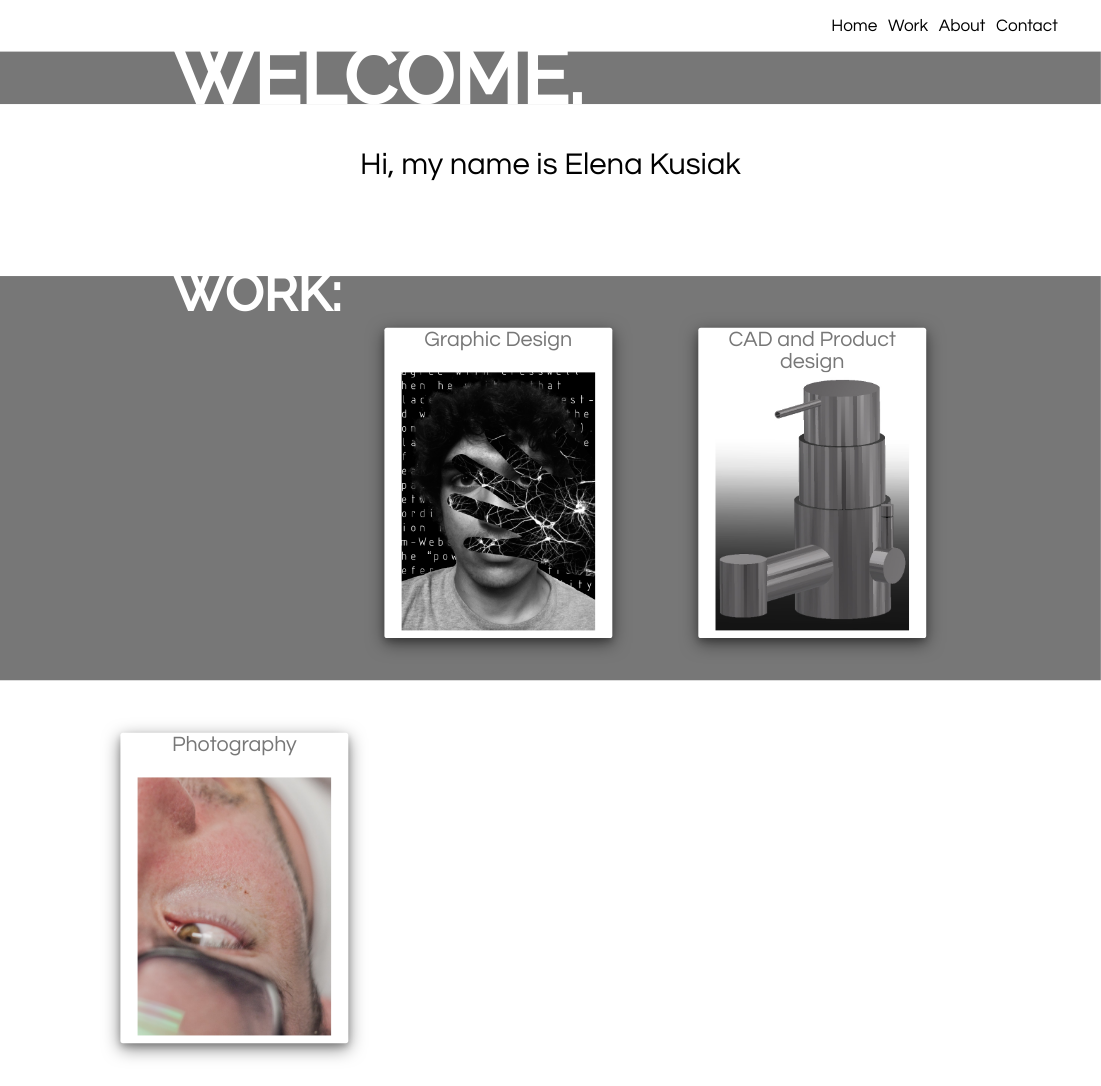
Repository: Lennea/Lennea.github.io
Page: home.html
The author's editor kept a record of every edit. The page is drawn from the files as they stood at one moment, then again after the next edit.
The browser window is 1280 px wide. The pictures show the whole page, at 86% of full size.
Some web fonts or font styles are not loaded; a fallback is used.

Above is the page before.

### home.html
<!DOCTYPE html>

<!--
    home page
-->
<html lang="en">
    <head>

        <title>Elena Kusiak</title>
         <link href='https://fonts.googleapis.com/css?family=Work+Sans:200,300|Questrial|Montserrat:400,700|Raleway:400,300,500|Fredericka+the+Great' rel='stylesheet' type='text/css'>
        <link rel="stylesheet" href="home.css" type="text/css"/>
    </head>

    <body>
              <header>
               <!--
        <h1 id="logo">ELENA KUSIAK</h1>

        <h2>Aspiring multidiscipinary designer</h2>
        -->

        <div class="links">
        <p>
         <a href="home.html"><span>Home</span></a><span> | </span>
         <a href="work.html"><span>Work</span></a><span>   |   </span>
         <a href="about.html"><span>About</span></a><span>   |   </span>
         <a href="contact.html"><span>Contact</span></a>
        </p>
        </div>
</header>
      <h3>WELCOME.</h3>
        <div id="main">



        <!--
          <div class="image"><a href=""><img src="work/booklet cover.jpg" width="" height="650" alt=""></a></div>
     <div class="image"><a href=""><img src="work/faucet altt.1.jpg" width="" height="650" alt=""></a></div>
     <div class="image"><a href=""><img src="work/conor.1.jpg" width="" height="650" alt=""></a></div>
        <h3>Graphic Design</h3>
        <h4>CAD and Product design</h4>
        <h5>Photography</h5>
        -->
        </div>
        <div id="intro">
        <p>Hi, my name is Elena Kusiak</P>
        <!--
        <p>I am an aspiring multidiscipinary designer and current student at the Georgia Institute of Technology</p>
        -->
         </div>
         <div id="work">
             <h4>WORK:</h4>

          <div class="subpic">
        <div class="image"><h5>Graphic Design</h5><a href=""><img src="work/booklet cover.jpg" width="" height="650" alt=""></a></div>
     <div class="image"><h5>CAD and Product design</h5><a href=""><img src="work/faucet altt.1.jpg" width="" height="650" alt=""></a></div>
     <div class="image"><h5>Photography</h5><a href=""><img src="work/conor.1.jpg" width="" height="650" alt=""></a></div>
      </div>

        </div>
       <div class="sub2">



        </div>



    </body>
</html>

### home.css
body {
    /*background:url("img/backgroundv3.gif) no-repeat left top fixed;
*/
    font-family: 'Questrial';
    margin: 0;
    height: 100%;
    font-weight: 300;
    background-repeat: no-repeat;
    background-attachment: fixed;
    background: white;
}

a:link {
    color: black;
    text-decoration: none;
}
/* visited link */

a:visited {
    color: black;
    text-decoration: none;
}
/* mouse over link */

a:hover {
    color: #a6a6a6;
}
/* selected link */
a:active {
    color: black;
    text-decoration: underline;
}

/* sublinks */
a:link.sub {
    color: white;
    text-decoration: none;
}
/* visited link */

a:visited.sub {
    color: white;
    text-decoration: none;
}
/* mouse over link */

a:hover.sub {
    color: #333333;
}
/* selected link */
a:active.sub {
    color: black;
    text-decoration: underline;
}





h1 {
    font-family: 'Work Sans';
    color: #333333;
    /*
    background:rgba(0,0,0,0.5)  ;
    */
    background-size: 100%;
    height: 60px;
    margin-top: 1px;
    margin-bottom: 0px;
    margin-left:15px;
    font-weight: 200;
    font-size: 50px;

}


/*
h2{
    position:relative;
      background:white;
     font-family: 'Questrial' ;
     font-weight:200;
     font-size:25px;
     text-align:center;
     color:gray;
  height:40px;
      margin-top:0px;
      z-index:90;

}
*/
h3{
    font-family:  'Raleway', sans-serif;
    font-size:90px;
    color:white;
    margin-top:-24px;
    margin-bottom:0px;
   height:100px;
  padding:0px;
  float:left;

  padding-left:200px;

}
h4{
    font-family: 'Raleway', sans-serif;
    color: white;
    font-size:60px;
    margin-top:-15px;
    margin-bottom:0px;
    margin-left:200px;
    float:left;

}
#work{
    width:100%;
    height:470px;
    background:#777777;
    margin-top:200px;
}
h5{
    width:225px;
    height:30px;
    text-align:center;

    z-index:90;
    display:inline-block;
    font-size:25px;
    margin-top:0px;
    color:#777777;
     font-weight: 300;
}

.links {
    font-family: 'Questrial';
    font-weight: 300;
    color: white;

    font-size: 20px;
    padding-top: 0px;
    width: auto;
    z-index: 10;
    text-align:right;
     padding-right:50px;

}

#logo {
    float: left;
}



header {
    overflow: auto;
    z-index: 200;

}

#main {
    height: 61px;
    width: 100%;
   background: #777777;

   /*
    background-image:url("work/testportfoliocover.jpg");
background: -webkit-linear-gradient( #777777,rgba(255,0,0,0));
  background: -o-linear-gradient(rgba(255,0,0,0),rgba(255,0,0,1));
  background: -moz-linear-gradient(rgba(255,0,0,0),rgba(255,0,0,1));
  background: linear-gradient( #777777, rgba(0,0,0,.01));

  background: #777777;
  */
    margin-top:0px;
    color:white;
    font-size:30px;
    margin-right:0px;
}

.image{
/*
    width:225px;
    overflow:hidden;
    margin-left:80px;
    float:left;
     background:gray;
 height:330px;
border-top-left-radius:15px;
border-top-right-radius:15px;
*/
  float: left;
    z-index: 100;
    /*
    height: 250px;
    */
    margin: 50px;
    margin-top: 60px;
    border-radius: 3px;
    background-color:white;
width:265px;
height:361px;
  box-shadow: 0 4px 8px 0 rgba(0, 0, 0, 0.2), 0 6px 20px 0 rgba(0, 0, 0, 0.5);
  text-align: center;

}

img{
    height:300px;
    width:225px;
   margin-top:-20px;
    margin-left:0px;
    margin-bottom:10px;

}

.subpic{

   height:300px;
    margin-left:auto;
 margin-right:auto;
    width:1100px;
    margin-top:80px;



}

#intro{
    width:100%;
    text-align:center;
    margin-left:auto;
    margin-right:auto;
    padding-top:0px;
    font-size:36px;
    color:black;
    float:left;
    background:white;
}

After the next edit:
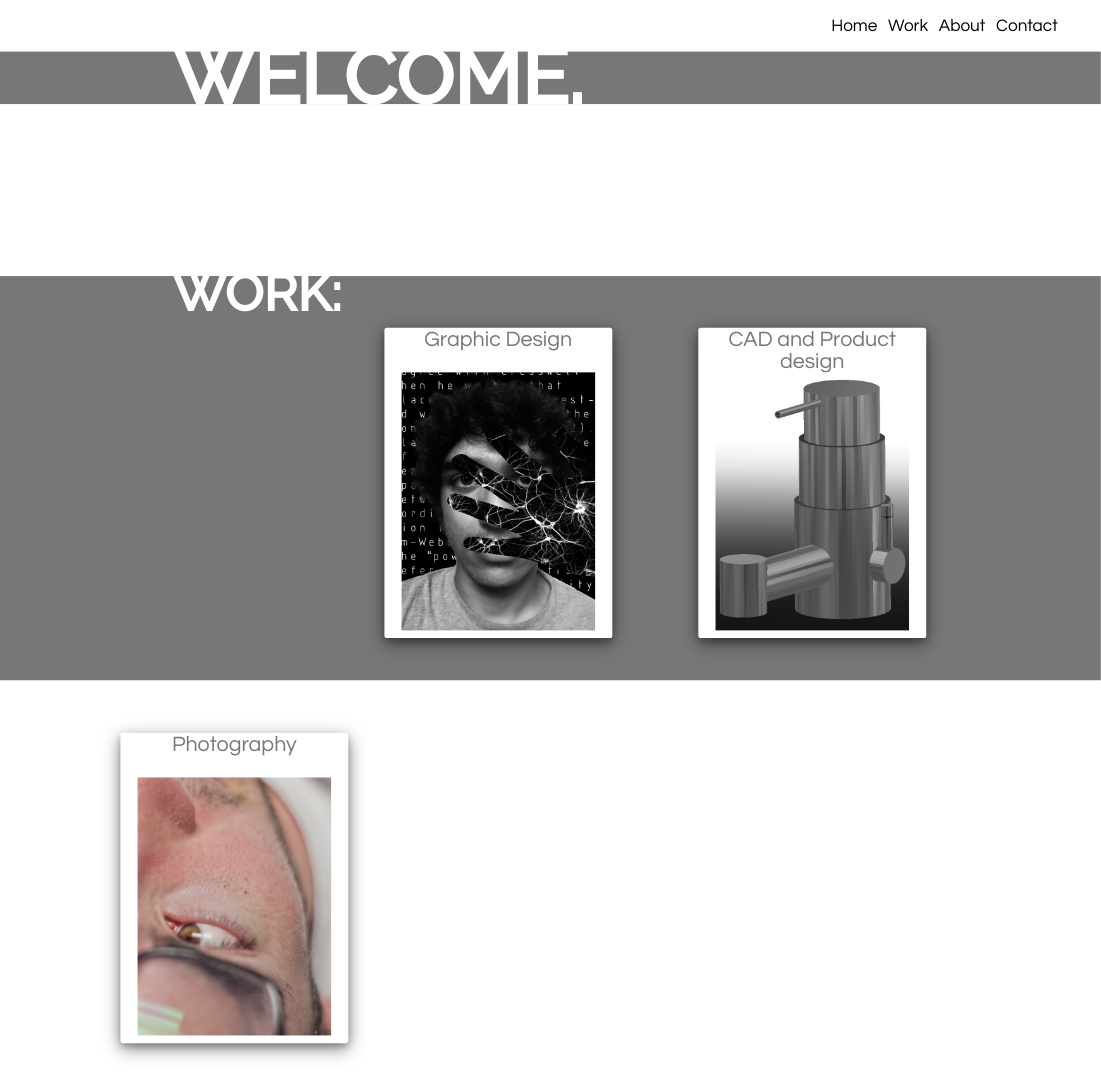
The edit:
--- a/home.html
+++ b/home.html
@@ -43,8 +43,9 @@
         -->
         </div>
         <div id="intro">
+         <!--
         <p>Hi, my name is Elena Kusiak</P>
-        <!--
+
         <p>I am an aspiring multidiscipinary designer and current student at the Georgia Institute of Technology</p>
         -->
          </div>
